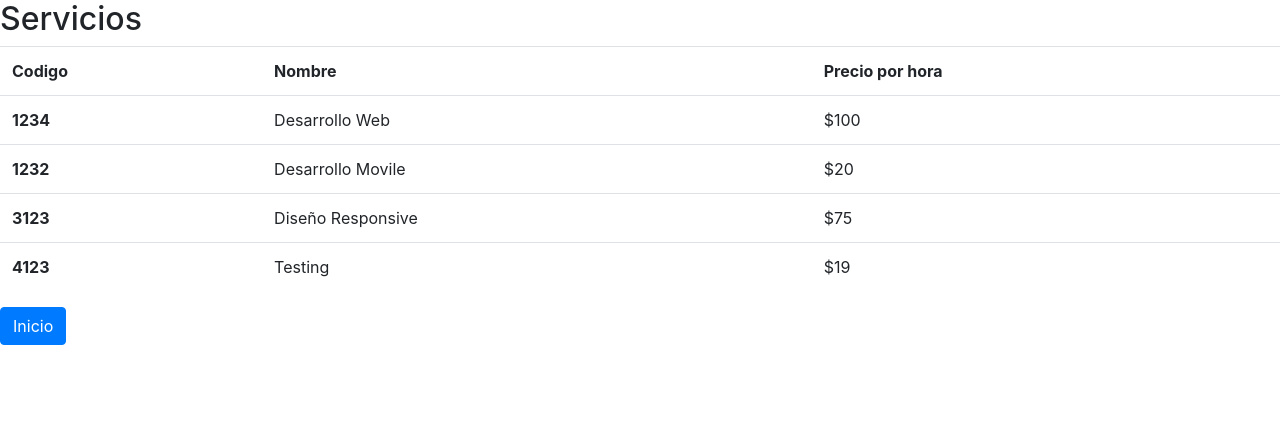
Repository: Alemartinez97/New-Repository
Page: programacion-3/tp4/servicios/servicio.html
The author's editor kept a copy of each file at every save. The page is drawn from the files as they stood at one save, then again after the next save.
The browser window is 1280 px wide. The pictures show the whole page.

Above is the page before, as saved 2020-06-11 15:59:58.

### programacion-3/tp4/servicios/servicio.html
<!DOCTYPE html>
<html lang="en">
<head>
    <meta charset="UTF-8">
    <meta name="viewport" content="width=device-width, initial-scale=1.0">
    <title>Bienvenido</title>
    <link rel="stylesheet" href="https://stackpath.bootstrapcdn.com/bootstrap/4.5.0/css/bootstrap.min.css" integrity="sha384-9aIt2nRpC12Uk9gS9baDl411NQApFmC26EwAOH8WgZl5MYYxFfc+NcPb1dKGj7Sk" crossorigin="anonymous">
</head>
<body>
    <table class="table">
        <h2>Servicios</h2>
        <tbody>
          <tr>
            <th>Codigo</th>
            <th>Nombre</th>
            <th>Precio por hora</th>
          </tr>
          <tr>
            <th>1234</th>
            <td>Desarrollo Web</td>
            <td>$100</td>
          </tr>
          <tr>
            <th>1232</th>
            <td>Desarrollo Movile</td>
            <td>$20</td>
          </tr>
          <tr>
            <th>3123</th>
            <td>Diseño Responsive</td>
            <td>$75</td>
          </tr>
          <tr>
            <th>4123</th>
            <td>Testing</td>
            <td>$19</td>
          </tr>
        </tbody>
      </table>
      <a href="../index.html" class="btn btn-primary">Inicio</a>
</body>
</html>

After the next save:
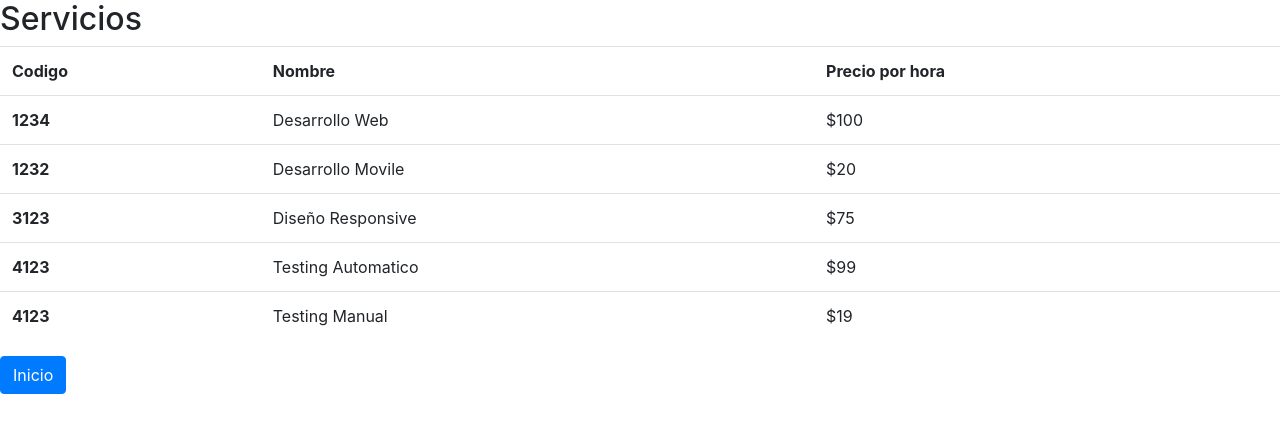
Saved 37 s later.
--- a/programacion-3/tp4/servicios/servicio.html
+++ b/programacion-3/tp4/servicios/servicio.html
@@ -32,7 +32,12 @@
           </tr>
           <tr>
             <th>4123</th>
-            <td>Testing</td>
+            <td>Testing Automatico</td>
+            <td>$99</td>
+          </tr>
+          <tr>
+            <th>4123</th>
+            <td>Testing Manual</td>
             <td>$19</td>
           </tr>
         </tbody>
